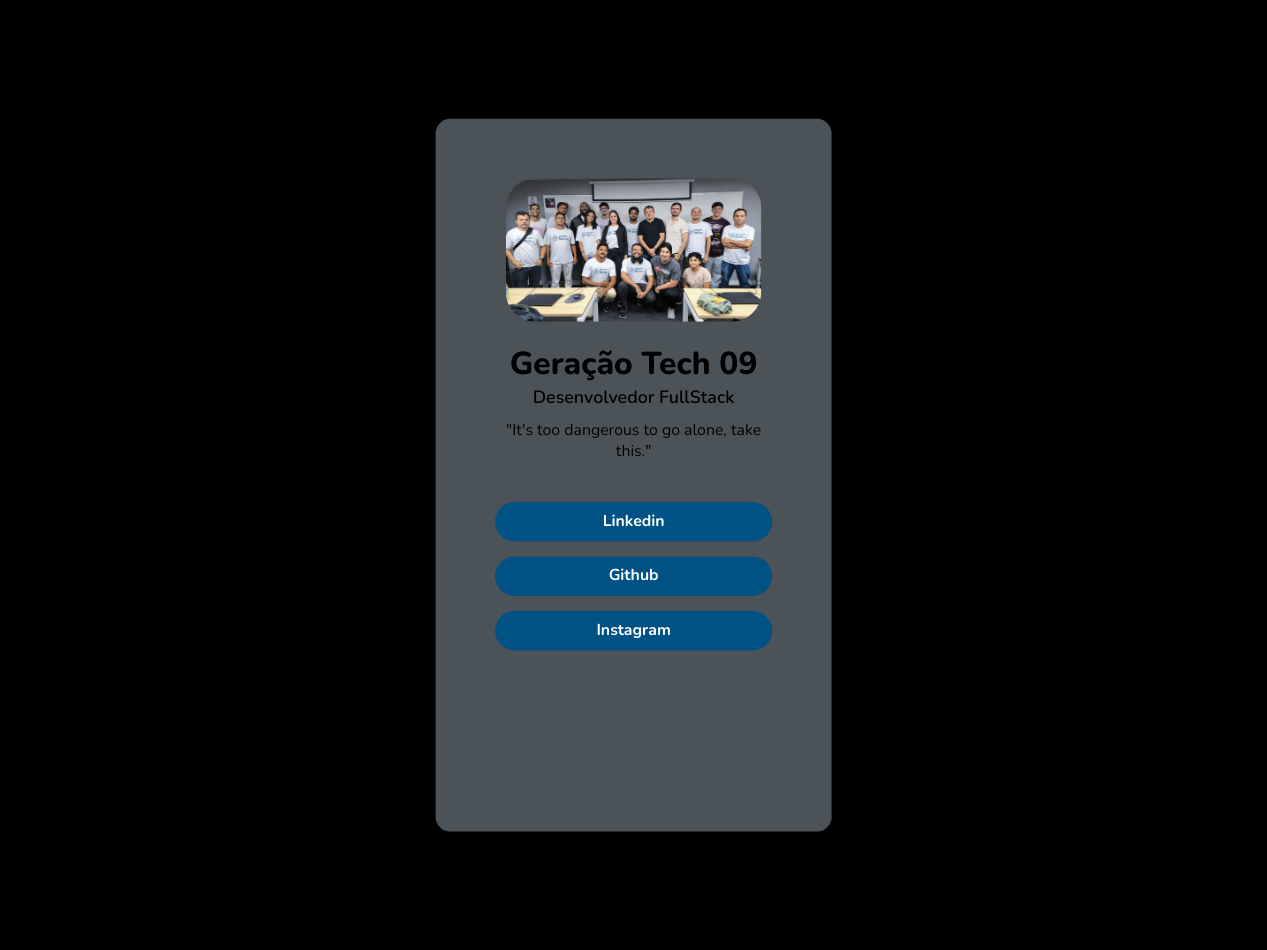
Repository: geracao-09/linktree-gt9
Page: index.html
An editor plug-in stored every save of this project. The page is shown before and after a run of saves, followed by the edit.
The browser window is 1280 px wide. The pictures show the whole page, at 99% of full size.

Above is the page before, as saved 2025-04-11 10:33:28.

### index.html
<!DOCTYPE html>
<html lang="pt-br">
  <head>
    <meta charset="UTF-8" />
    <meta name="viewport" content="width=device-width, initial-scale=1.0" />
    <title>Linktree do GT09</title>
    <link rel="stylesheet" href="style.css" />
    <link rel="preconnect" href="https://fonts.googleapis.com" />
    <link rel="preconnect" href="https://fonts.gstatic.com" crossorigin />
    <link href="https://fonts.googleapis.com/css2?family=Nunito:ital,wght@0,200..1000;1,200..1000&display=swap" rel="stylesheet" />
    <link rel="stylesheet" type="text/css" href="https://cdn.jsdelivr.net/gh/devicons/devicon@latest/devicon.min.css" />
  </head>
  <body>
    <div class="container-main">
      <div class="container-image">
        <img src="./assets/image-profile.jpg" alt="Foto dos top 25 geracao tech" />
      </div>
      <div class="container-infos">
        <h1>Geração Tech 09</h1>
        <h2>Desenvolvedor FullStack</h2>
      </div>
      <div class="container-easter-egg">
        <p>"It's too dangerous to go alone, take this."</p>
      </div>
      <div class="container-social">
        <ul>
          <a href="https://www.linkedin.com/in/cesar-hideki-nagano-326b75115/" target="_blank">
            <li>
              <p></p>Linkedin
            </li>
          </a>
          <a href="https://github.com/geracao-09" target="_blank">
            <li>Github</li>
          </a>
          <a href="https://www.instagram.com/hidekina/" target="_blank">
            <li>Instagram</li>
          </a>
        </ul>
      </div>
    </div>
  </body>
</html>

### style.css
* {
  font-family: "Nunito", sans-serif;
  margin: 0;
  padding: 0;
  box-sizing: border-box;
}

body {
  background-color: #000000;
}

.container-main {
  background-color: #4b5358;
  width: 400px;
  height: 720px;
  box-sizing: border-box;
  margin: 120px auto;
  padding: 60px;
  border-radius: 15px;
  text-align: center;
}

.container-image img {
  width: 258px;
  border-radius: 30px;
}

.container-infos {
  margin-top: 15px;
  margin-bottom: 10px;
}

.container-infos h1 {
    font-weight: 800;
}

.container-infos h2 {
    font-weight: 600;
    font-size: 18px;
}
.container-social ul {
  list-style-type: none;
}

.container-social a {
  text-decoration: none;
  color: white;
}

.container-social {
  margin-top: 40px;
}

.container-social li {
  width: 280px;
  height: 40px;
  background-color: #005184;
  margin: 15px 0;
  padding: 8px 0;
  border-radius: 20px;
  font-weight: 700;
}

After the next 7 saves:
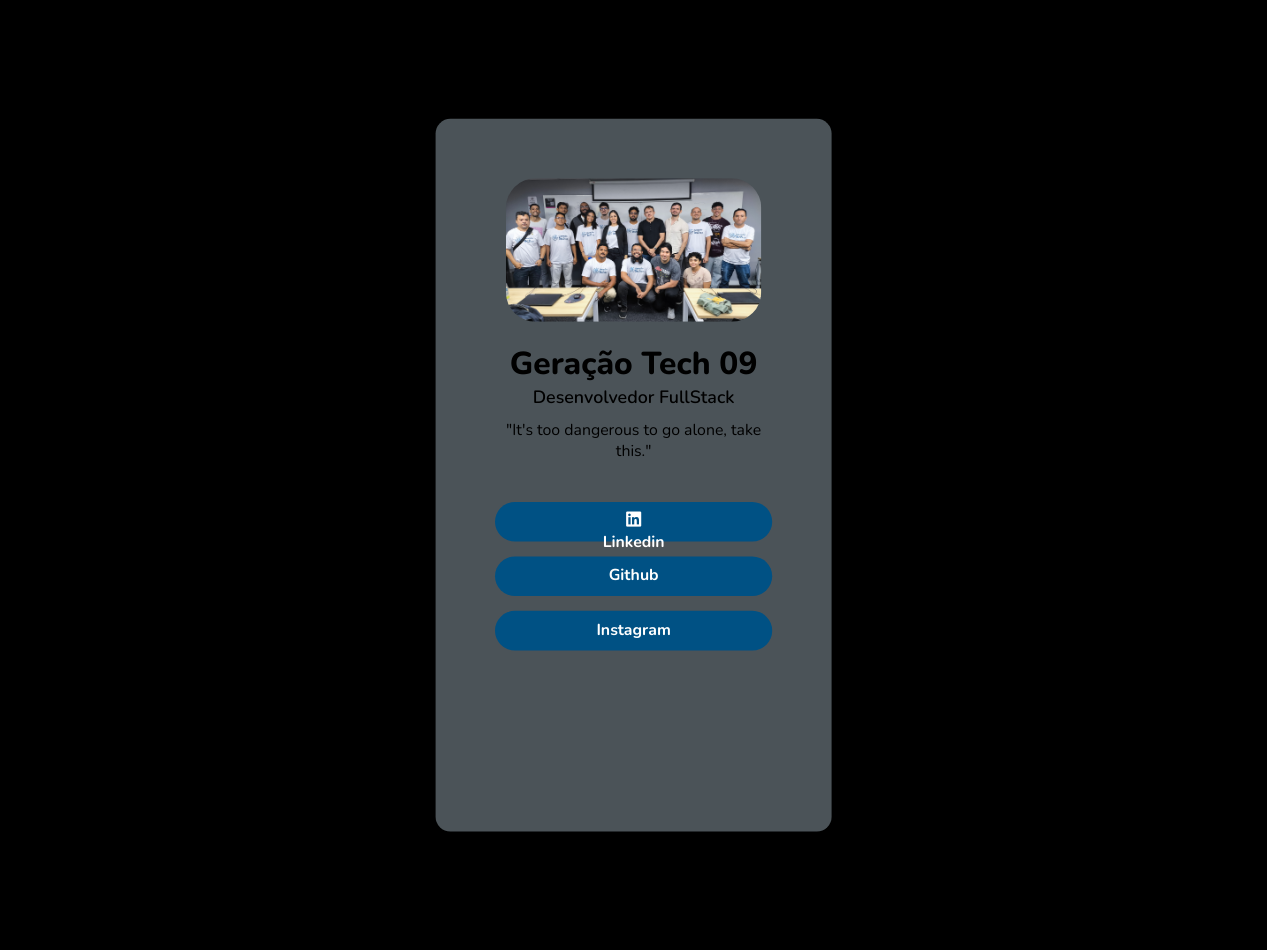
The 7 saves are shown as one change because they came seconds apart.
The last was saved 21 s later.
--- a/index.html
+++ b/index.html
@@ -26,7 +26,8 @@
         <ul>
           <a href="https://www.linkedin.com/in/cesar-hideki-nagano-326b75115/" target="_blank">
             <li>
-              <p></p>Linkedin
+              <i class="devicon-linkedin-plain"></i>
+              <p>Linkedin</p>
             </li>
           </a>
           <a href="https://github.com/geracao-09" target="_blank">
